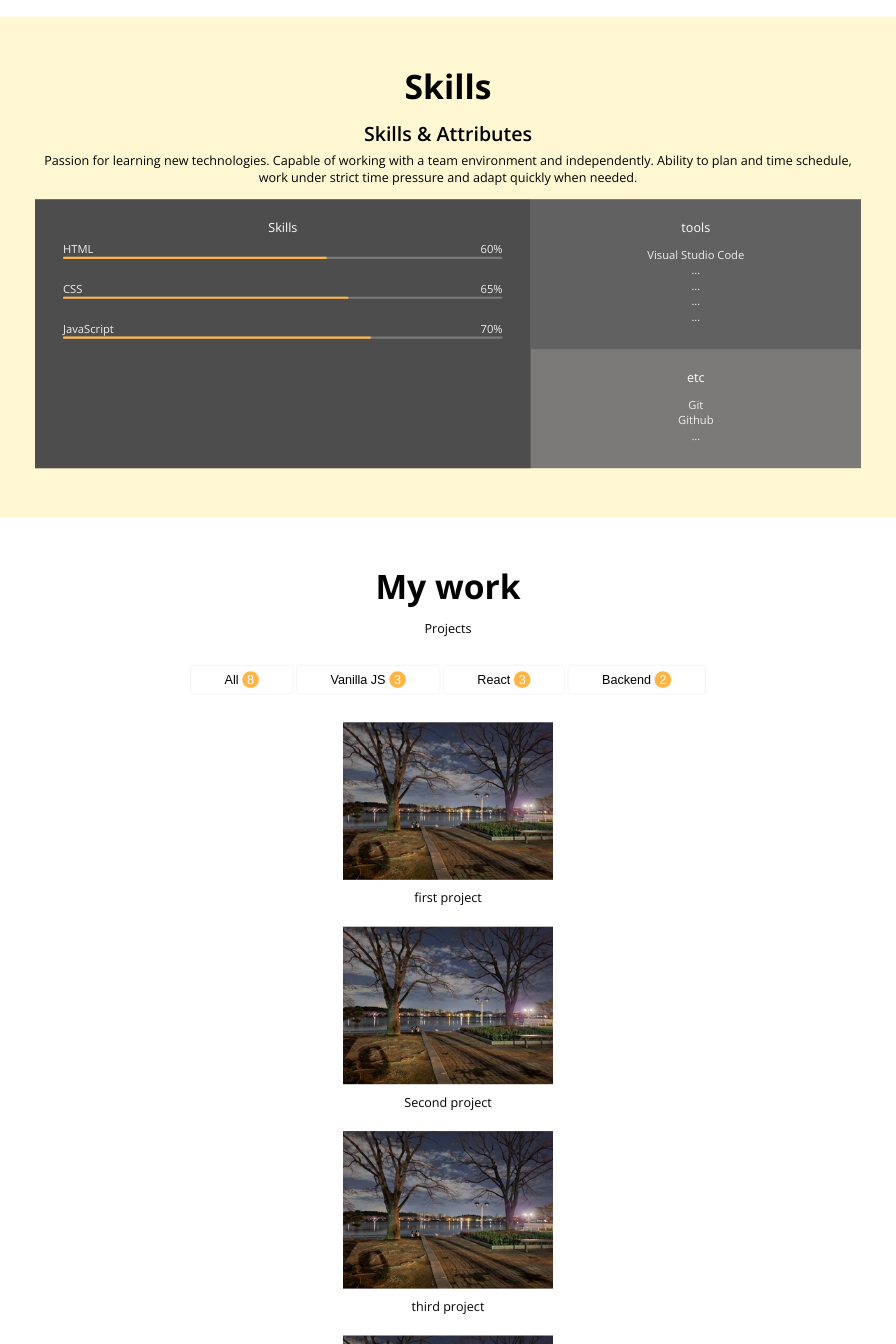
Repository: delphkim/portfolio
Page: index.html
The author's editor kept a copy of each file at every save. The page is drawn from the files as they stood at one save, then again after the next save.
The browser window is 1280 px wide. The pictures show the part of the page from y = 1527 to 3447 px (the page is 6139 px tall), at 70% of full size.
Some web libraries are served in a nearby version.

Above is the page before, as saved 2021-08-04 15:02:41.

### index.html
<!DOCTYPE html>
<html lang="en">
  <head>
    <meta charset="UTF-8" />
    <meta http-equiv="X-UA-Compatible" content="IE=edge" />
    <meta name="viewport" content="width=device-width, initial-scale=1.0" />
    <title>DevelPhaba's Portfolio</title>
    <meta name="description" content="Portfolio for world-reknowned software engineer develPhaba"/>
    <meta name="author" content="develPhaba" />
    <link rel="icon" type="img/png" href="./imgs/favicon.png">
    <script src="https://kit.fontawesome.com/d2b892ca94.js" crossorigin="anonymous"></script>
    <link rel="preconnect" href="https://fonts.googleapis.com" />
    <link rel="preconnect" href="https://fonts.gstatic.com" crossorigin />
    <link href="https://fonts.googleapis.com/css2?family=Open+Sans:wght@400;600;700&display=swap" rel="stylesheet"/>
    <!-- CSS rules to specify families -->
    <!-- 1. font-family: 'Open Sans', sans-serif;  -->
    <link rel="stylesheet" href="./style.css">
    <script src="./main.js" defer></script>
  </head>
  <body>
    <!-- Navbar -->
    <nav id="navbar">
      <div class="navbar__logo">
        <img class="navbar__icon" src="./imgs/favicon.png" alt="logo">
        <a href="#">develPhaba</a>
      </div>

        <ul class="navbar__menu">
          <li class="navbar__menu__item active">Home</li>
          <li class="navbar__menu__item">About</li>
          <li class="navbar__menu__item">Skills</li>
          <li class="navbar__menu__item">My work</li>
          <li class="navbar__menu__item">Testimonials</li>
          <li class="navbar__menu__item">Contact</li>
        </ul>

    </nav>
    <!-- Home -->
    <section id="home">
      <img src="./imgs/home.jpg"
           alt="develPhabas' profile photo"
           class="home__avatar">
           <h1 class="home__title">Hello, <br>I'm develPhaba</br></h1>
           <h2 class="home__description">Front-end engineer, who wants to be a Full-stack engineer </h2>
           <button class="home__contact">Contact me</button>
    </section>
    <!-- About -->
    <section id="about" class="section section__container">
      <h1>About me</h1>
      <p>I've studied front-end skills.
        <br>After working as a front-end endgineer for several years,
        <br>I want to broaden my skill stack.
      </p>
      <div class="about__majors">
        <div class="major">
          <div class="major__icon">
            <i class="fab fa-html5"></i>
          </div>
          <h2 class="major__title">HTML</>
          <p class="major__description">HTML5</p>
        </div>
        <div class="major">
            <div class="major__icon">
              <i class="fab fa-css3-alt"></i>
            </div>
            <h2 class="major__title">CSS</h2>
            <p class="major__description">CSS3</p>
        </div>
        <div class="major">
          <div class="major__icon">
            <i class="fab fa-js"></i>
          </div>
          <h2 class="major__title">JavaScript</h2>
          <p class="major__description">ES5<br>ES6+</p>
        </div>
      </div>
      <div class="about__schools">
        <div class="school">
          <img src="./imgs/schools/dream-coding.png" alt="dream-coding" class="school__logo">
          <div class="school__description">
             <p class="school__title">Dream-coding Academy</p>
             <p class="school__years">2021.6~</p>
          </div>
        </div>
        <div class="school">
          <img src="./imgs/schools/inflearn.png" alt="inflearn" class="school__logo">
          <div class="school__description">
             <p class="school__title">Inflearn</p>
             <p class="school__years">2021.1~</p>
          </div>
        </div>
      </div>

    </section>
    <!-- Skills -->
     <section id="skills" class="section">
       <div class="section__container">
           <h1>Skills</h1>
  <h2>Skills & Attributes</h2>
  <p>
    Passion for learning new technologies. Capable of working with a team environment
    and independently. Ability to plan and time schedule, work under
    strict time pressure and adapt quickly when needed.
  </p>
  <div class="skillset">
    <div class="skillset__left">
      <h3 class="skillset__title">Skills</h3>
      <div class="skill">
        <div class="skill__description">
          <span>HTML</span>
          <span>60%</span>
        </div>
        <div class="skill__bar">
          <div class="skill__value" style="width: 60%"></div>
        </div>
      </div>
      <div class="skill">
        <div class="skill__description">
          <span>CSS</span>
          <span>65%</span>
        </div>
        <div class="skill__bar">
          <div class="skill__value" style="width: 65%"></div>
        </div>
      </div>
      <div class="skill">
        <div class="skill__description">
          <span>JavaScript</span>
          <span>70%</span>
        </div>
        <div class="skill__bar">
          <div class="skill__value" style="width: 70%"></div>
        </div>
      </div>
    </div>
    <div class="skillset__right">
      <div class="tools">
        <h3 class="skillset__title">tools</h3>
        <ul class="tools__list">
          <li><span>Visual Studio Code</span></li>
          <li><span>...</span></li>
          <li><span>...</span></li>
          <li><span>...</span></li>
          <li><span>...</span></li>
        </ul>
      </div>
      <div class="etc">
        <h3 class="skillset__title">etc</h3>
        <ul class="ect__list">
          <li><span>Git</span></li>
          <li><span>Github</span></li>
          <li><span>...</span></li>
        </ul>
      </div>
    </div>
  </div>
       </div>
    </section>
   <!-- Work -->
    <section id="work" class="section">
      <h1>My work</h1>
      <h3>Projects</h3>
      <div class="work__categories">
        <button class="category__btn">All <span class="category__count">8</span></button>
        <button class="category__btn">Vanilla JS <span class="category__count">3</span></button>
        <button class="category__btn">React <span class="category__count">3</span></button>
        <button class="category__btn">Backend <span class="category__count">2</span></button>
      </div>
      <div class="work__projects">
        <a href="https://github.com/develPhaba/test"
           class="project"
           targe="blank">
           <img class="project__img" src="./imgs/projects/1.jpg" alt="one">
           <div class="project__description">
             <h3>first project</h3>
             <span>Clone coding with HTML and CSS</span>
           </div>
        </a>
        <a href="https://github.com/develPhaba/test"
           class="project"
           target="blank">
           <img class="project__img" src="./imgs/projects/2.jpg" alt="two">
           <div class="project__description">
            <h3>Second project</h3>
            <span>Clone coding with HTML, CSS and JavaScript</span>
          </div>
        </a>
        <a href="https://github.com/develPhaba/test"
           class="project"
           target="blank">
           <img class="project__img" src="./imgs/projects/3.jpg" alt="three">
           <div class="project__description">
            <h3>third project</h3>
            <span>Clone coding with HTML,CSS and JavaScript</span>
           </div>
        </a>
        <a href="https://github.com/develPhaba/test"
           class="project"
           target="blank">
          <img class="project__img" src="./imgs/projects/4.jpg" alt="four">
          <div class="project__description">
            <h3>fourth project</h3>
            <span>Clone coding,Front-end with React</span>
          </div>
        </a>
        <a href="https://github.com/develPhaba/test"
           class="project"
           target="blank">
          <img class="project__img" src="./imgs/projects/5.jpg" alt="five">
          <div class="project__description">
            <h3>fifth project</h3>
            <span>Clone coding,Front-end with React</span>
          </div>
        </a>
        <a href="https://github.com/develPhaba/test"
           class="project"
           target="blank">
          <img class="project__img" src="./imgs/projects/6.jpg" alt="six">
          <div class="project__description">
            <h3>sixth project</h3>
            <span>Clone coding,Front-end with React</span>
          </div>
        </a>
        <a href="https://github.com/develPhaba/test"
           class="project"
           target="blank">
           <img class="project__img" src="./imgs/projects/7.jpg" alt="seven">
           <div class="project__description">
            <h3>seventh project</h3>
            <span>Clone coding, Back-end with Node.js</span>
           </div>
        </a>
        <a href="https://github.com/develPhaba/test"
           class="project"
           target="blank">
           <img class="project__img" src="./imgs/projects/8.jpg" alt="eight">
           <div class="project__description">
            <h3>eighth project</h3>
            <span>Clone coding, Back-end with Node.js</span>
           </div>
        </a>
      </div>
    </section>
    <!-- Testimonials -->
    <section id="testimonials" class="section">
      <h1>Testimonials</h1>
      <h3>See what they say about me</h3>
      <div class="testimonials">
        <div class="testimonial">
          <img src="./imgs/testimonial/people1.jpg"
               alt="people"
               class="testimonial__avatar">
               <div class="testimonial__speech-bubble">
                 <p>Lorem ipsum dolor sit amet consectetur adipisicing elit. Magnam, vitae.
                   Dolores sit in amet quos. Alias maiores accusantium dolore error illo eligendi,
                   vel sint aperiam nemo soluta debitis deserunt voluptas.</p>
                   <p class="name"><a href="https://github.com/develPhaba/test">TestName</a>/Test company</p>
               </div>
        </div>
        <div class="testimonial">
          <img src="./imgs/testimonial/people2.jpg"
               alt="people"
               class="testimonial__avatar">
               <div class="testimonial__speech-bubble">
                <p>Lorem ipsum dolor sit amet consectetur adipisicing elit. Magnam, vitae.
                  Dolores sit in amet quos. Alias maiores accusantium dolore error illo eligendi,
                  vel sint aperiam nemo soluta debitis deserunt voluptas.</p>
                <p class="name"><a href="https://github.com/develPhaba/test">TestName2</a>/Test company2</p>
              </div>
        </div>
      </div>
    </section>
    <!-- Contact -->
    <section id="contact" class="section">
      <h1 class="contact__title">Let's talk</h1>
      <h2 class="contact__email">hgkim9201@gmail.com</h2>
      <div class="contact__links">
      <a href="https://github.com/develPhaba">
        <i class="fa fa-github"></i>
      </a>
      <a href="">
      <i class="fa fa-linkedin-square"></i>
      </a>
      </div>
      <p class="contact__rights">Dreaming-coding Ellie -All rights reserved</p>
    </section>
  </body>
</html>

### style.css
:root {
  /* Color */
  --color-white: #ffffff;
  --color-light-white: #eeeeee;
  --color-dark-white: #bdbdbd;
  --color-pink: #fe918d;
  --color-dark-pink: #ff6863;
  --color-dark-grey: #4d4d4d;
  --color-grey: #616161;
  --color-light-grey: #7c7979;
  --color-blue: #73aace;
  --color-yellow: #fff7d1;
  --color-orange: #feb546;
  --color-black: #000000;
  --color-green: #80deea;
  --color-sky-blue: #2979ff;
  --color-dark-blue: rgb(31, 94, 204);
  /* Font size */
  --font-large: 48px;
  --font-medium: 28px;
  --font-regular: 18px;
  --font-small: 16px;
  --font-micro: 14px;
  /* Font weight */
  --weight-bold: 700;
  --weight-semi-bold: 600;
  --weight-regular: 400;
  /* Size */
  --size-border-radius: 4px;
  /*Animation*/
  --animation-duration: 300ms;
}
/* Universal tags */
* {
  box-sizing: border-box;
}
body {
  font-family: "Open Sans", sans-serif;
  margin: 0;
  cursor: default;
}
a {
  text-decoration: none;
  color: var(--color-white);
}
ul {
  list-style: none;
  padding-left: 0;
}
h1 {
  font-size: var(--font-large);
  font-weight: var(--weight-bold);
  color: var(--color-black);
  margin: 16px 0;
}
h2 {
  font-size: var(--font-medium);
  font-weight: var(--weight-semi-bold);
  color: var(--color-black);
  margin: 8px 0;
}
h3 {
  font-size: var(--font-regular);
  font-weight: var(--weight-regular);
  color: var(--color-black);
  margin: 8px 0;
}
p {
  font-size: var(--font-regular);
  font-weight: var(--weight-regular);
  color: var(--color-black);
  margin: 4px 0;
}
button {
  background-color: transparent;
  cursor: pointer;
  border: none;
  outline: none;
}
/* Navbar */
#navbar {
  display: flex;
  justify-content: space-between;
  background-color: var(--color-sky-blue);
  align-items: center;
  color: var(--color-white);
  padding: 16px;
}
.navbar__logo {
  font-size: var(--font-medium);
  font-weight: var(--weight-semi-bold);
}
.navbar__icon {
  width: var(--font-medium);
  height: var(--font-medium);
}
.navbar__menu {
  display: flex;
}
.navbar__menu__item {
  padding: 8px 12px;
  margin: 0 4px;
  cursor: pointer;
  border-radius: var(--size-border-radius);
}
.navbar__menu__item:hover {
  background-color: var(--color-dark-blue);
}
.navbar__menu__item.active {
  border: 1px solid var(--color-white);
}
/*Home*/
#home {
  background: url(./imgs/homepage-background.png) center/cover no-repeat;
  padding: 40px;
  text-align: center;
}
.home__avatar {
  width: 250px;
  height: 250px;
  border-radius: 50%;
  border: 2px solid var(--color-light-white);
}
.home__title,
.home__description {
  color: var(--color-white);
}
.home__contact {
  color: var(--color-white);
  font-size: var(--font-regular);
  font-weight: var(--weight-bold);
  margin: 24px;
  padding: 8px 12px;
  border: 2px solid var(--color-white);
  border-radius: var(--size-border-radius);
}
/* Section common */
.section {
  text-align: center;
  padding: 50px;
  margin: auto;
}
.section__container {
  max-width: 1200px;
  margin: auto;
}
/* About me */
.about__majors {
  display: flex;
  justify-content: space-between;
  margin: 80px 0;
}
.major__icon {
  color: var(--color-dark-blue);
  font-size: 70px;
  width: 170px;
  height: 170px;
  line-height: 170px;
  margin: auto;
  border: 1px solid var(--color-blue);
  border-radius: 50%;
  margin-bottom: 16px;
}
.major__title,
.major__description {
  color: var(--color-dark-grey);
}
.major__description {
  font-size: var(--font-small);
}
.major__icon i {
  transition: all var(--animation-duration) ease;
}
.major__icon:hover i {
  transform: rotate(-30deg) scale(1.1);
  color: var(--color-dark-pink);
}
.school {
  display: flex;
  align-items: center;
}
.school__description {
  margin: 0 16px;
  text-align: left;
}
.school__title,
.school__years {
  color: var(--color-dark-grey);
}

.school__title {
  font-size: var(--font-small);
}
.school__years {
  font-size: var(--font-micro);
}
/* Skills */
#skills {
  background-color: var(--color-yellow);
}
.skillset {
  display: flex;
  background-color: var(--color-light-grey);
  color: var(--color-light-white);
  margin: 20px 0;
}
.skillset__title {
  color: var(--color-white);
}
.skillset__left {
  flex-basis: 60%;
  background-color: var(--color-dark-grey);
  padding: 20px 40px;
}
.skill__description {
  display: flex;
  justify-content: space-between;
}
.skillset__right {
  flex-basis: 40%;
}
.skill {
  margin-bottom: 32px;
}
.skill__bar {
  width: 100%;
  height: 3px;
  background-color: var(--color-light-grey);
  border-radius: var(--size-border-radius);
}
.skill__value {
  height: 3px;
  background-color: var(--color-orange);
  border-radius: var(--size-border-radius);
}
.tools {
  background-color: var(--color-grey);
}

.tools,
.etc {
  padding: 20px;
}

/* Work */
.work__categories {
  margin: 40px;
}
.category__btn {
  border: 1px solid var(--color-light-white);
  border-radius: var(--size-border-radius);
  font-size: var(--font-regular);
  padding: 8px 48px;
}
.category__btn.active,
.category__btn:hover {
  background-color: var(--color-sky-blue);
  color: var(--color-white);
}
.category__count {
  border-radius: 50%;
  background-color: var(--color-orange);
  color: var(--color-white);
  width: 24px;
  height: 24px;
  display: inline-block;
  line-height: 24px;
  position: relative;
}

Loaded but not shown: main.js (no stored copy; drawn as an empty file)

After the next save:
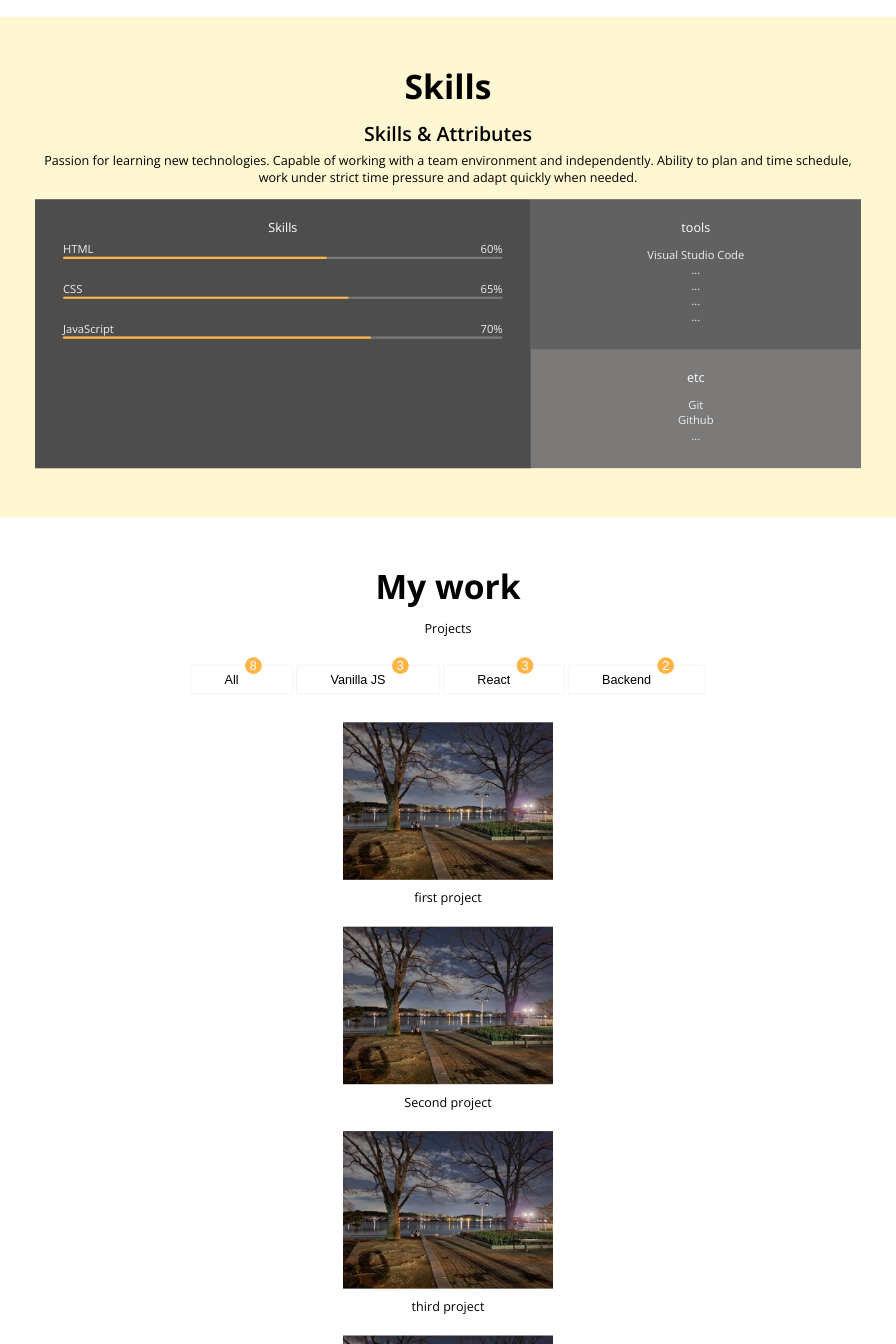
Saved 98 s later.
--- a/style.css
+++ b/style.css
@@ -266,4 +266,6 @@
   display: inline-block;
   line-height: 24px;
   position: relative;
-}
+  top: -20px;
+  left: 4px;
+}
